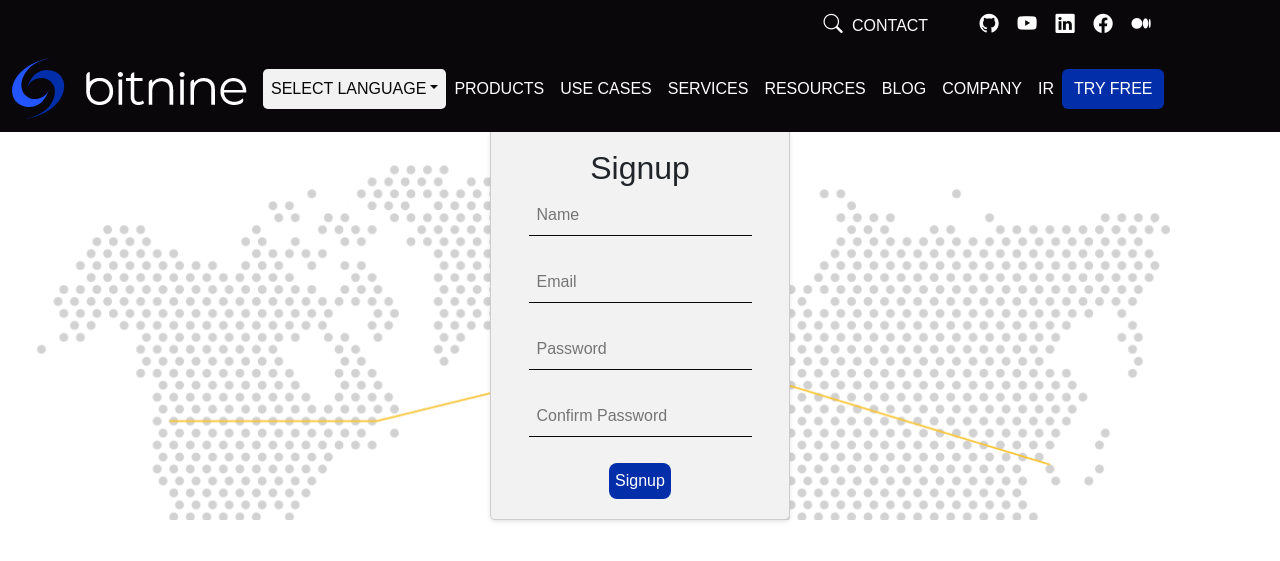
Repository: devblackie/signinpage
Page: /
The author's editor kept a copy of each file at every save. The page is drawn from the files as they stood at one save, then again after the next save.
The browser window is 1280 px wide. The pictures show the whole page.
Some web fonts or font styles are not loaded; a fallback is used. The project was rebuilt for these pictures with package versions that can differ from the ones it lists, and the page was loaded fresh each time. Also part of the build but not shown: vite.config.js, src/components/Login.jsx, src/components/Dashboard.jsx, src/components/Home.jsx, src/components/ProtectedDashboard.jsx.

Above is the page before, as saved 2023-08-28 17:50:41.

### index.html
<!doctype html>
<html lang="en">
  <head>
    <meta charset="UTF-8" />
    <link rel="preconnect" href="https://fonts.googleapis.com">
<link rel="preconnect" href="https://fonts.gstatic.com" crossorigin>
<link href="https://fonts.googleapis.com/css2?family=Monda:wght@400;700&display=swap" rel="stylesheet">
    <link rel="stylesheet" href="https://cdn.jsdelivr.net/npm/bootstrap-icons@1.10.5/font/bootstrap-icons.css">
    <link href="https://cdn.jsdelivr.net/npm/bootstrap@5.3.1/dist/css/bootstrap.min.css" rel="stylesheet" integrity="sha384-4bw+/aepP/YC94hEpVNVgiZdgIC5+VKNBQNGCHeKRQN+PtmoHDEXuppvnDJzQIu9" crossorigin="anonymous">
    <meta name="viewport" content="width=device-width, initial-scale=1.0" />
    <title>Bitnine Login</title>
  </head>
  <body>
    <div id="root"></div>
    <script type="module" src="/src/main.jsx"></script>
    <script src="https://cdn.jsdelivr.net/npm/bootstrap@5.3.1/dist/js/bootstrap.bundle.min.js" integrity="sha384-HwwvtgBNo3bZJJLYd8oVXjrBZt8cqVSpeBNS5n7C8IVInixGAoxmnlMuBnhbgrkm" crossorigin="anonymous"></script>
  </body>
</html>

### src/main.jsx
import React from "react";
import ReactDOM from "react-dom";
import App from "./App";
import { UserProvider } from "./components/UserContext";

ReactDOM.render(
  <UserProvider>
    <App />
  </UserProvider>,
  document.getElementById("root")
);

### src/App.jsx
import React, { useState } from "react";
import { BrowserRouter as Router, Route, Routes } from "react-router-dom";
import Signup from "./components/Signup";
import Login from "./components/Login";
import Dashboard from "./components/Dashboard";
import Home from "./components/Home";
import ProtectedDashboard from "./components/ProtectedDashboard";
import "./App.css";

const App = () => {
  const [isAuthenticated, setIsAuthenticated] = useState(false);

  const handleLogin = () => {
    setIsAuthenticated(true);
  };

  return (
    <Router>
      <Routes>
        <Route
          path="/"
          element={
            <div>
              <Signup handleLogin={handleLogin} />
              {/* <Login handleLogin={handleLogin} /> */}
            </div>
          }
        />
        <Route
          path="/dashboard"
          // element={<ProtectedDashboard isAuthenticated={isAuthenticated} />}
          element={<Dashboard />}
        />
        <Route
          path="/home"
          // element={<ProtectedDashboard isAuthenticated={isAuthenticated} />}
          element={<Home />}
        />
      </Routes>
    </Router>
  );
};

export default App;

### src/components/UserContext.jsx
import React, { createContext, useContext, useState } from "react";

const UserContext = createContext();

export function UserProvider({ children }) {
  const [userName, setUserName] = useState("");

  return (
    <UserContext.Provider value={{ userName, setUserName }}>
      {children}
    </UserContext.Provider>
  );
}

export function useUser() {
  return useContext(UserContext);
}

### src/components/Signup.jsx
import React, { useState } from "react";
import "./signup.css";
import { useUser } from "./UserContext";
import { useNavigate } from "react-router-dom";
import Header from "./Header";

const Signup = ({ handleLogin }) => {
  // States for registration
  const [email, setEmail] = useState("");
  const [name, setName] = useState("");
  const [password, setPassword] = useState("");
  const [cpassword, setCPassword] = useState("");
  const [formErrors, setFormErrors] = useState({});
  const navigate = useNavigate();
  const { setUserName } = useUser(); // Ret

  // State for tracking submission status
  const [submissionStatus, setSubmissionStatus] = useState("none"); // Possible values: "none", "success", "error"

  // Handling input changes
  const handleInputChange = (e) => {
    const { name, value } = e.target;
    if (name === "name") setName(value);
    if (name === "email") setEmail(value);
    if (name === "password") setPassword(value);
    if (name === "cpassword") setCPassword(value);
    setSubmissionStatus("none");
  };

  const handleSignform = (e) => {
    e.preventDefault();
    const errors = validateForm();
    if (Object.keys(errors).length === 0) {
      setSubmissionStatus("success");
      setUserName(name); // Set the userName in the context
    } else {
      setFormErrors(errors);
      setSubmissionStatus("error");
    }
  };

  // Form validations
  const validateForm = () => {
    const errors = {};
    const regex = /^[^\s+@]+@[^\s@]+\.[^\s@]{2,}$/i;

    if (!name) errors.name = "Name is required";
    if (!email) errors.email = "Email is required";
    else if (!regex.test(email))
      errors.email = "This is not a valid email format!";

    if (!password) errors.password = "Password is required";
    else if (password.length < 4)
      errors.password = "Password must be more than 4 characters";
    else if (password.length > 10)
      errors.password = "Password cannot exceed more than 10 characters";

    if (!cpassword) errors.cpassword = "Confirm Password is required";
    else if (cpassword !== password)
      errors.cpassword = "Confirm password and password should be the same";
    return errors;
  };

  return (
    <>
      <Header userName={name} />
      <div className="form-container">
        {submissionStatus === "success" ? (
          <div className="success">
            <h1>User {name} successfully registered!!</h1>
            <a onClick={() => navigate("/home")}>
              Click to continue to the main site
            </a>
          </div>
        ) : (
          <form onSubmit={handleSignform}>
            <h2>Signup</h2>
            <input
              type="text"
              name="name"
              placeholder="Name"
              value={name}
              onChange={handleInputChange}
            />
            <p className="error">{formErrors.name}</p>
            <input
              type="email"
              name="email"
              placeholder="Email"
              value={email}
              onChange={handleInputChange}
            />
            <p className="error">{formErrors.email}</p>
            <input
              type="password"
              name="password"
              placeholder="Password"
              value={password}
              onChange={handleInputChange}
            />
            <p className="error">{formErrors.password}</p>
            <input
              type="password"
              placeholder="Confirm Password"
              value={cpassword}
              name="cpassword"
              onChange={handleInputChange}
            />
            <p className="error">{formErrors.cpassword}</p>
            <button className-="bton" type="submit">
              Signup
            </button>
          </form>
        )}
      </div>
    </>
  );
};

export default Signup;

### src/App.css
#root {
  max-width: 1280px;
  margin: 0 auto;
  padding: 2rem;
  text-align: center;
}
.btn1{background-color:#022ea9;
  color:#fff;
  outline:none;
  border:none;}
  .btn1:hover{
    color:orange;
    background-color:#022ea9;
  }


@media (prefers-reduced-motion: no-preference) {
  a:nth-of-type(2) .logo {
    animation: logo-spin infinite 20s linear;
  }
}

.card {
  padding: 2em;
}

.read-the-docs {
  color: #888;
}

### src/components/signup.css
form .error {
  color: red;
  font-size: 12px;
}
.form-container {
  background-image: url("../assets/map2.png");
  background-size: cover;
  background-repeat: no-repeat;
  font-family: "Monda", sans-serif;
  margin-top: 6em;
}
form {
  background-color: #f2f2f2;
  max-width: 300px;
  margin: 0 auto;
  padding: 20px;
  border: 1px solid #ccc;
  border-radius: 5px;
  box-shadow: 0 2px 4px rgba(0, 0, 0, 0.1);
}
form input {
  margin-bottom: 10px;
  padding: 8px;
  border: none;
  border-bottom: 1px solid #09070a;
  /* border-radius: 3px; */
  background-color: transparent;
}
input:focus,
input:focus-visible {
  outline: none;
  background-color: inherit;
}
form button {
  background-color: #022ea9;
  color: #fff;
  outline: none;
  border: none;
  border-radius: 8px;
  padding: 6px;
}
button:hover {
  color: orange;
  background-color: #022ea9;
}

### src/components/Header.jsx
import React from "react";
import "./style/navbar.css";
import {useUser} from "./UserContext"   //Path to UserContext file
import Logo from "../assets/bitnine-logo_.png";

export default function Header() {
  const {userName}= useUser()        //Retrieve userName from the context
  return (
    <>
      <div className="fixed-top header">
        <header class="topbar">
          <div class="container">
            <div class="row">
              {/* <!-- social icon--> */}
              <div class="col-sm-12">
                <ul class="social-network">
                  <div className="hovver">
                    <li>
                      <a class="waves-effect waves-dark" id="hovver" href="#">
                        <i class="bi bi-search"></i>
                      </a>
                    </li>
                    <li>
                      <a
                        class="waves-effect waves-dark tact"
                        id="hovver"
                        href="#"
                      >
                        contact
                      </a>
                    </li>
                  </div>
                  <div className="soc">
                    <li id="git">
                      <a class="waves-effect waves-dark" href="#">
                        <i class="bi bi-github"></i>
                      </a>
                    </li>
                    <li id="youtube">
                      <a class="waves-effect waves-dark" href="#">
                        <i class="bi bi-youtube"></i>
                      </a>
                    </li>
                    <li id="in">
                      <a class="waves-effect waves-dark" href="#">
                        <i class="bi bi-linkedin"></i>
                      </a>
                    </li>
                    <li id="fb">
                      <a class="waves-effect waves-dark" href="#">
                        <i class="bi bi-facebook"></i>
                      </a>
                    </li>
                    <li id="medium">
                      <a class="waves-effect waves-dark" href="#">
                        <i class="bi bi-medium"></i>
                      </a>
                    </li>
                  </div>
                  <div className="username">
                    <li><a href=""></a></li>
                  </div>
                </ul>
              </div>
            </div>
          </div>
        </header>
        <nav className="navbar navbar-expand-lg">
          <div className="container-fluid">
            <a className="navbar-brand" href="#">
              <img src={`${Logo}`} alt="logo" />
            </a>

            <div
              className="collapse navbar-collapse"
              id="navbarSupportedContent"
            >
              <ul className="navbar-nav me-auto mb-2 mb-lg-0">
                <li className="nav-item dropdown">
                  <a
                    className="nav-link dropdown-toggle color-tertiary"
                    href="#"
                    role="button"
                    data-bs-toggle="dropdown"
                    aria-expanded="false"
                  >
                    Select Language
                  </a>
                  <ul className="dropdown-menu">
                    <li>
                      <a className="dropdown-item" href="#">
                        English
                      </a>
                    </li>
                    <li>
                      <a className="dropdown-item" href="#">
                        한국
                      </a>
                    </li>
                  </ul>
                </li>
                <li className="nav-item">
                  <a className="nav-link" href="#">
                    products
                  </a>
                </li>
                <li className="nav-item">
                  <a className="nav-link" href="#">
                    use cases
                  </a>
                </li>
                <li className="nav-item">
                  <a className="nav-link" href="#">
                    services
                  </a>
                </li>
                <li className="nav-item">
                  <a className="nav-link" href="#">
                    resources
                  </a>
                </li>
                <li className="nav-item">
                  <a className="nav-link" href="#">
                    blog
                  </a>
                </li>
                <li className="nav-item">
                  <a className="nav-link" href="#">
                    company
                  </a>
                </li>
                <li className="nav-item">
                  <a className="nav-link" href="#">
                    ir
                  </a>
                </li>

                <button class="btn btn-outline-primary" type="submit">
                  TRY FREE
                </button>
              </ul>
            </div>
          </div>
        </nav>
      </div>
    </>
  );
}

### src/components/style/navbar.css
.header {
  background-color: #09070a;
  font-family: "Monda", sans-serif;
}
.nav-item .nav-link {
  color: #fff;
  text-transform: uppercase;
}
.nav-item .nav-link:active,
.nav-item .nav-link:hover {
  color: orange;
}
.dropdown {
  background-color: #f2f2f2;
  border-radius: 0.3rem;
  .nav-link {
    color: #080707;
  }
  .nav-link:hover {
    color: #080707;
  }
}


.topbar .container .row {
  margin-top: -7px;
}

ul.social-network {
  border: none;
  display: flex;
  /* justify-content:flex-end; */
  list-style: none;
  margin: 5px 0 0 -25px;
  float: right;
}
ul.social-network .hovver {
  margin-right: 3rem;
}
ul.social-network .soc {
  margin-left: 2rem;
  margin-right: 0;
}
ul.social-network .soc #git,
#youtube,
#in,
#fb,
#medium {
  position: relative;
}
ul.social-network .soc #git::before {
  content: "";
  position: absolute;
  top: -100%;
  left: 0;
  width: 100%;
  height: 100%;
  background-color: #666666;
  transition: top 0.3s ease; /* Transition effect for sliding */
  z-index: -1;
}
ul.social-network .soc #git:hover::before,
ul.social-network .soc #youtube:hover::before,
ul.social-network .soc #in:hover::before,
ul.social-network .soc #fb:hover::before,
ul.social-network .soc #medium:hover::before {
  top: 0; /* Slide the background from the top */
}

ul.social-network .soc #youtube::before {
  content: "";
  position: absolute;
  top: -100%;
  left: 0;
  width: 100%;
  height: 100%;
  background-color: red;
  transition: top 0.3s ease; /* Transition effect for sliding */
  z-index: -1;
}
ul.social-network .soc #in::before {
  content: "";
  position: absolute;
  top: -100%;
  left: 0;
  width: 100%;
  height: 100%;
  background-color: #0a66c2;
  transition: top 0.3s ease; /* Transition effect for sliding */
  z-index: -1;
}
ul.social-network .soc #fb::before {
  content: "";
  position: absolute;
  top: -100%;
  left: 0;
  width: 100%;
  height: 100%;
  background-color: #395498;
  transition: top 0.3s ease; /* Transition effect for sliding */
  z-index: -1;
}
ul.social-network .soc #medium::before {
  content: "";
  position: absolute;
  top: -100%;
  left: 0;
  width: 100%;
  height: 100%;
  background-color: #30b570;
  transition: top 0.3s ease; /* Transition effect for sliding */
  z-index: -1;
}

ul.social-network .soc li {
  border: none;
  margin: 0;
}
ul.social-network li a {
  text-decoration: none;
  text-transform: uppercase;
}
ul.social-network li a#hovver:hover {
  color: #666666;
  font-weight: 700;
  font-family: "Monda", sans-serif;
}

ul.social-network li i {
  font-size: 1.2rem;
  margin: 0;
}

ul.social-network li {
  padding: 13px 0 0;
  width: 38px;
  display: inline-block;
  text-align: center;
  height: 40px;
  vertical-align: baseline;
}

.btn {
  background-color: #022ea9;
  color: #fff;
  outline: none;
  border: none;
}
.btn:hover {
  color: orange;
  background-color: #022ea9;
}
.waves-effect {
  color: #fff;
}

After the next save:
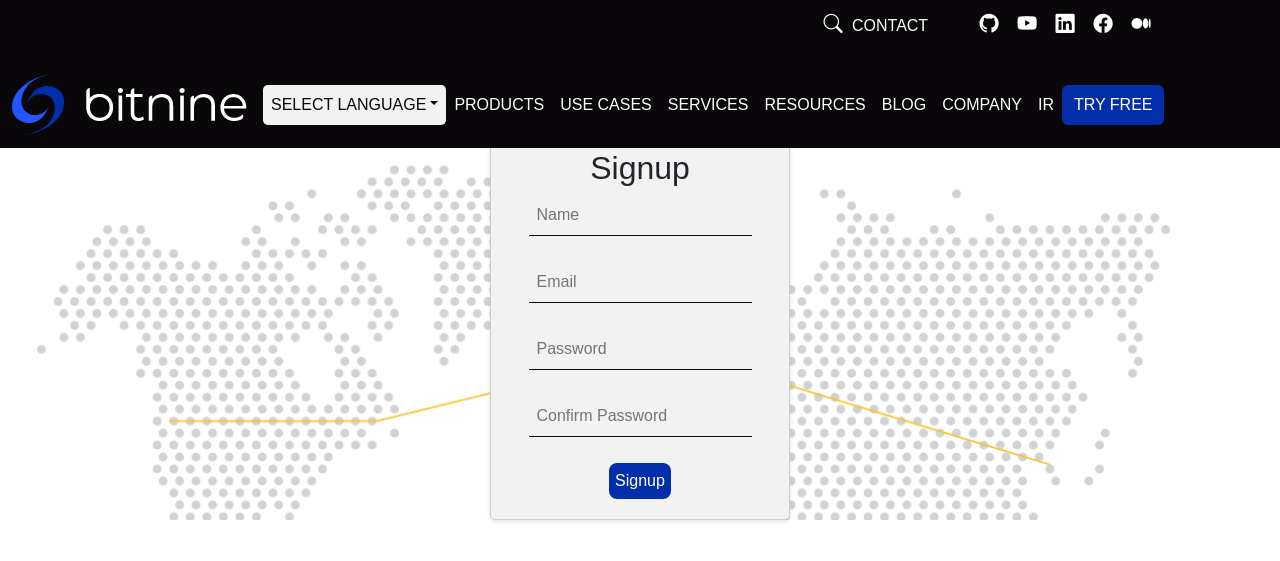
Saved 7 s later.
--- a/src/components/Header.jsx
+++ b/src/components/Header.jsx
@@ -58,6 +58,7 @@
                     </li>
                   </div>
                   <div className="username">
+                <p className="text warning">{userName}</p>
                     <li><a href=""></a></li>
                   </div>
                 </ul>

After the 2 saves that followed:
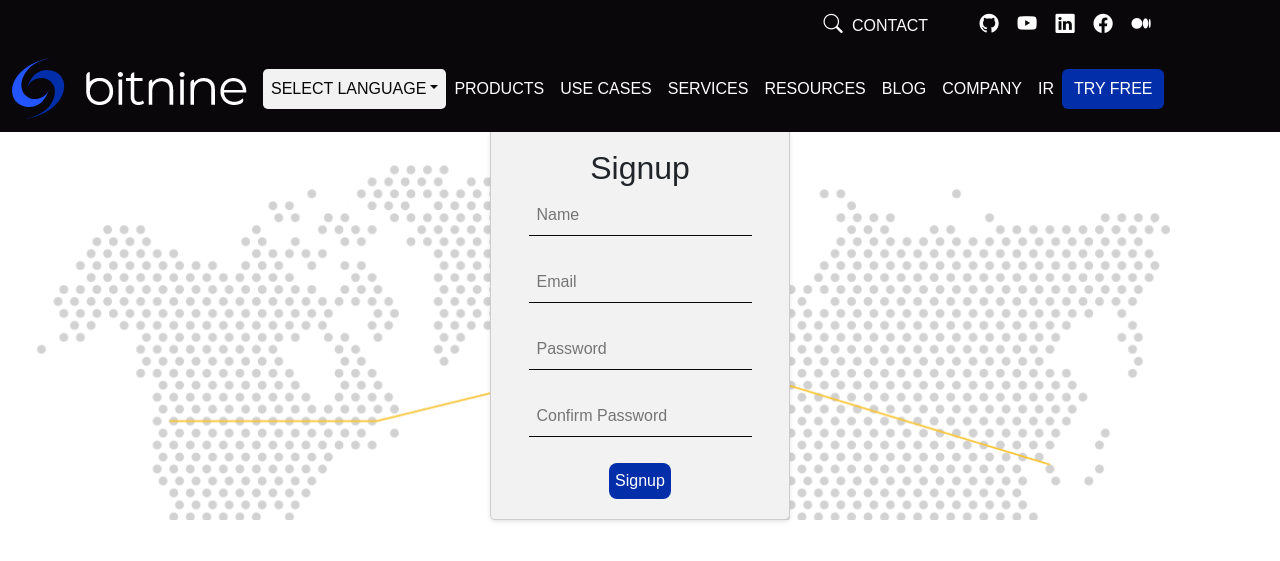
The 2 saves are shown as one change because they came seconds apart.
The last was saved 22 s later.
--- a/src/components/Header.jsx
+++ b/src/components/Header.jsx
@@ -58,8 +58,9 @@
                     </li>
                   </div>
                   <div className="username">
-                <p className="text warning">{userName}</p>
-                    <li><a href=""></a></li>
+                    <li><a href="">
+
+                      </a></li>
                   </div>
                 </ul>
               </div>
